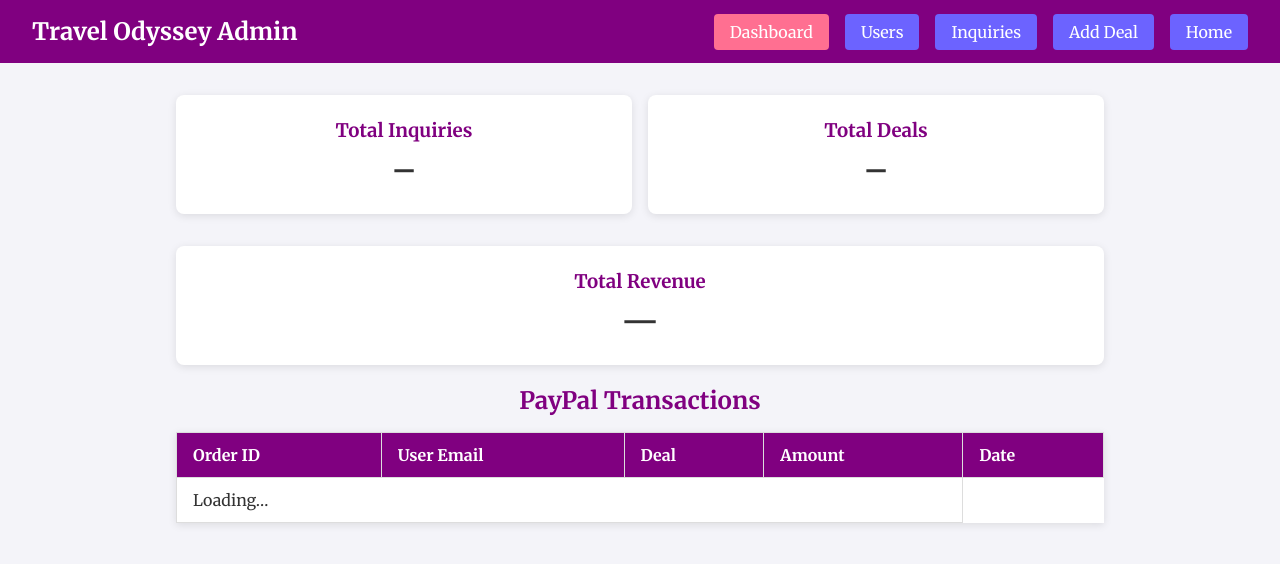
Repository: GHzPhoenix/Project-Odyssey
Page: Frontend/transactions.html
The author's editor kept a copy of each file at every save. The page is drawn from the files as they stood at one save, then again after the next save.
The browser window is 1280 px wide. The pictures show the whole page.
The page's requests for data from a server got no answer.

Above is the page before, as saved 2025-07-10 09:26:07.

After the next save:
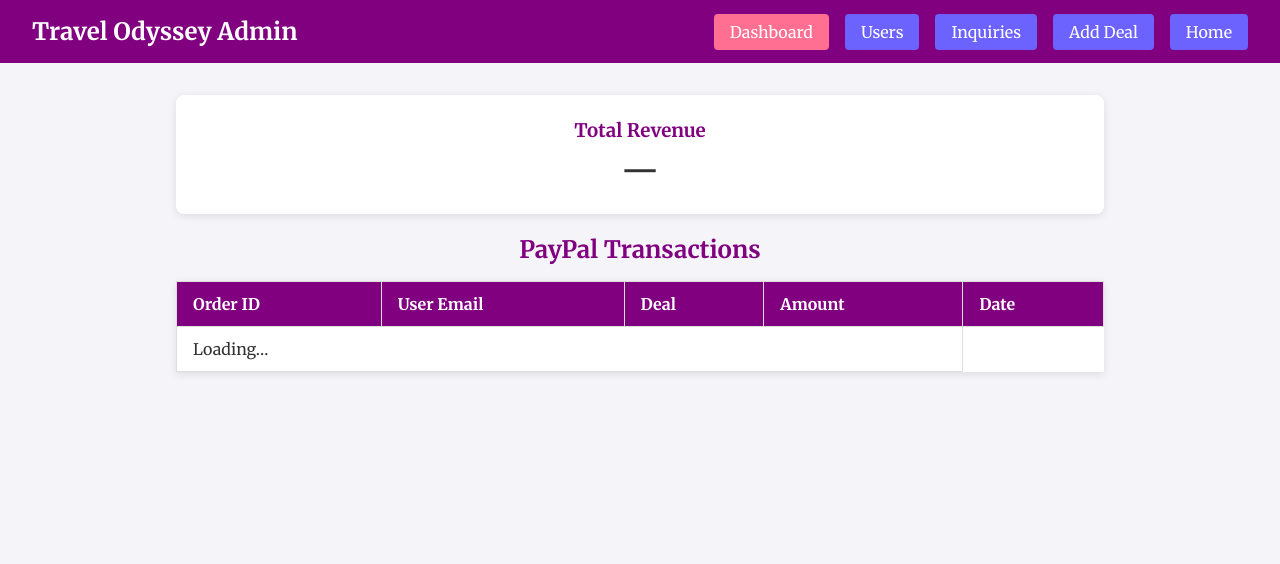
Saved 25 s later.
--- a/Frontend/transactions.html
+++ b/Frontend/transactions.html
@@ -6,12 +6,6 @@
     <title>Admin Dashboard – Travel Odyssey</title>
     <link rel="stylesheet" href="/Frontend/css/admin.css" />
     <style>
-      .kpi-container {
-        display: flex;
-        gap: 1rem;
-        margin: 2rem 0;
-        justify-content: center;
-      }
       .kpi-card {
         flex: 1;
         background: white;
@@ -45,16 +39,6 @@
     </header>
 
     <main>
-      <div class="kpi-container">
-        <div class="kpi-card">
-          <h3>Total Inquiries</h3>
-          <p id="kpi-inquiries">–</p>
-        </div>
-        <div class="kpi-card">
-          <h3>Total Deals</h3>
-          <p id="kpi-deals">–</p>
-        </div>
-      </div>
       <div class="kpi-card">
         <h3>Total Revenue</h3>
         <p id="kpi-revenue">–</p>
